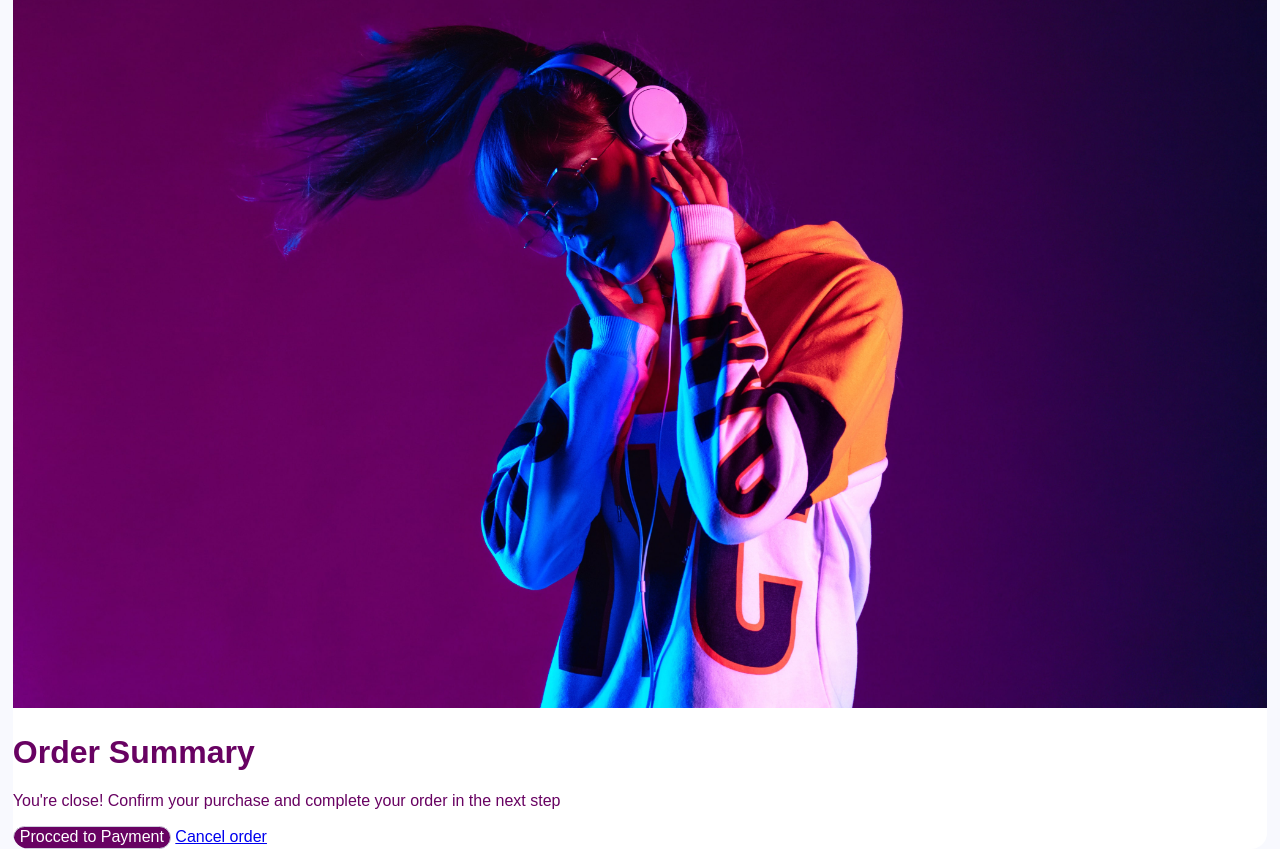
Repository: ssynowiec/INVO-Academy-solution
Page: /
These files come from the project's save history. The page is drawn as it stood at one moment and after the next save; the edit follows.
The browser window is 1280 px wide. The pictures show the whole page.
The project was rebuilt for these pictures with package versions that can differ from the ones it lists, and the page was loaded fresh each time.

Above is the page before, as saved 2023-02-16 08:44:29.

### index.html
<!DOCTYPE html>
<html lang="en">

<head>
  <meta charset="UTF-8" />
  <link rel="icon" type="image/svg+xml" href="/vite.svg" />
  <meta name="viewport" content="width=device-width, initial-scale=1.0" />
  <title>INVO Academy JS Starter with Vite</title>
</head>

<!-- In order to start your challenge, remove all the content inside <div id="home-page"></div> and start coding :) -->

<body>
  <div id="home-page" class="container">
    <section class="order">
      <img src="/images/girl.jpeg" alt="" class="image">
      <h1>Order Summary</h1>
      <p>You're close! Confirm your purchase and complete your order in the next step</p>
      <div></div>
      <button class="button">Procced to Payment</button>
      <a href="#">Cancel order</a>
    </section>
  </div>

  <script type="module" src="/src/global-scripts/main.js"></script>
  <script type="module" src="/src/pages/home-page/scripts/home-page.js"></script>
</body>

</html>

### src/pages/home-page/scripts/home-page.js
/// Homepage JavaScript File
/// Here we import all the JavaScript files we need for our homepage.

import '../styles/home-page.scss';

### src/global-styles/style.scss
/// Main Styles File
/// Here we import all the global Styles files we need for our project.

@import 'styles/normalize.scss';
@import 'styles/root.scss';
@import 'styles/fonts.scss';

body {
	font-family: 'Mon', sans-serif;
	color: var(--color-primary);
	background-color: var(--color-background);
	display: flex;
	justify-content: center;
	align-items: center;
	height: 100vh;
}

p {
	color: var(--color-on-surface);
}

### src/pages/home-page/styles/home-page.scss
/// Homepage Styles File
/// Here we import all the Styles files we need for our Homepage.

.container {
	display: flex;
	justify-content: center;
}

.order {
	width: 98%;
	border-radius: 16px;
	overflow: hidden;
	background-color: var(--color-white);
}

.image {
	width: 100%;
}

.button {
	border-radius: 16px;
	border: 1px solid var(--color-stroke);
	background-color: var(--color-primary);
	color: var(--color-white);
	cursor: pointer;
}

.button:hover {
	background-color: var(--color-primary-hover);
}

### src/global-styles/styles/root.scss
/// Root Styles file
/// Here we define all the root variables we need for our project.
/// For examples see Material Design color system: https://m2.material.io/design/color/the-color-system.html

:root {
	--color-primary: #680262;
	--color-primary-hover: #490245;
	--color-background: #f8f9fe;
	--color-title: #151827;
	--color-body: #85859b;
	--color-stroke: #cfd1dd;
	--color-white: #ffffff;
}

### src/global-styles/styles/fonts.scss
/// Main Fonts File
/// Here we import all the fonts files we need for our project.

@import url('https://fonts.googleapis.com/css2?family=Manrope:wght@200;300;400;500;600;700;800&display=swap');

Loaded but not shown: src/global-scripts/main.js (common file); src/global-styles/styles/normalize.scss (common file)

After the next save:
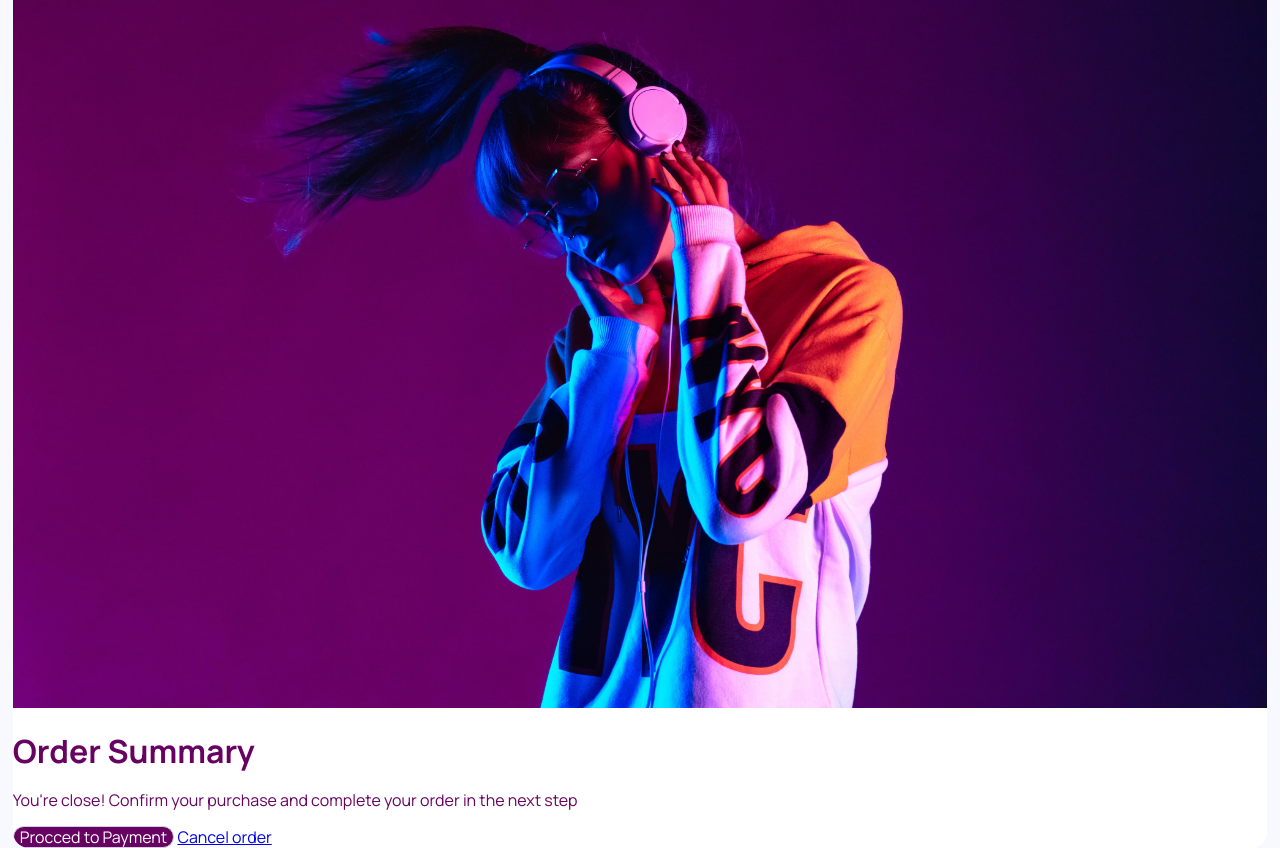
Saved 5 s later.
--- a/src/global-styles/style.scss
+++ b/src/global-styles/style.scss
@@ -6,7 +6,7 @@
 @import 'styles/fonts.scss';
 
 body {
-	font-family: 'Mon', sans-serif;
+	font-family: 'Manrope', sans-serif;
 	color: var(--color-primary);
 	background-color: var(--color-background);
 	display: flex;
